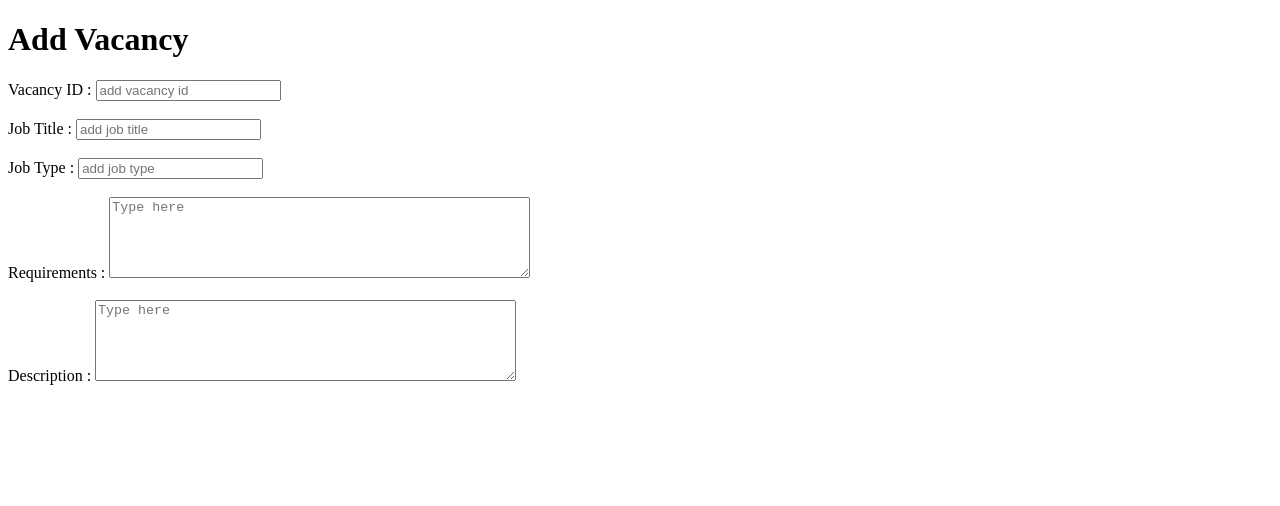
Repository: IT21221064/JobPortal
Page: http://localhost/signup/addVacancy.jsp
These files come from the project's save history. The page is drawn as it stood at one moment and after the next save; the edit follows.
The browser window is 1280 px wide. The pictures show the whole page.
The page is served by Tomcat 9.

Above is the page before, as saved 2023-07-14 17:14:14.

After the next save:
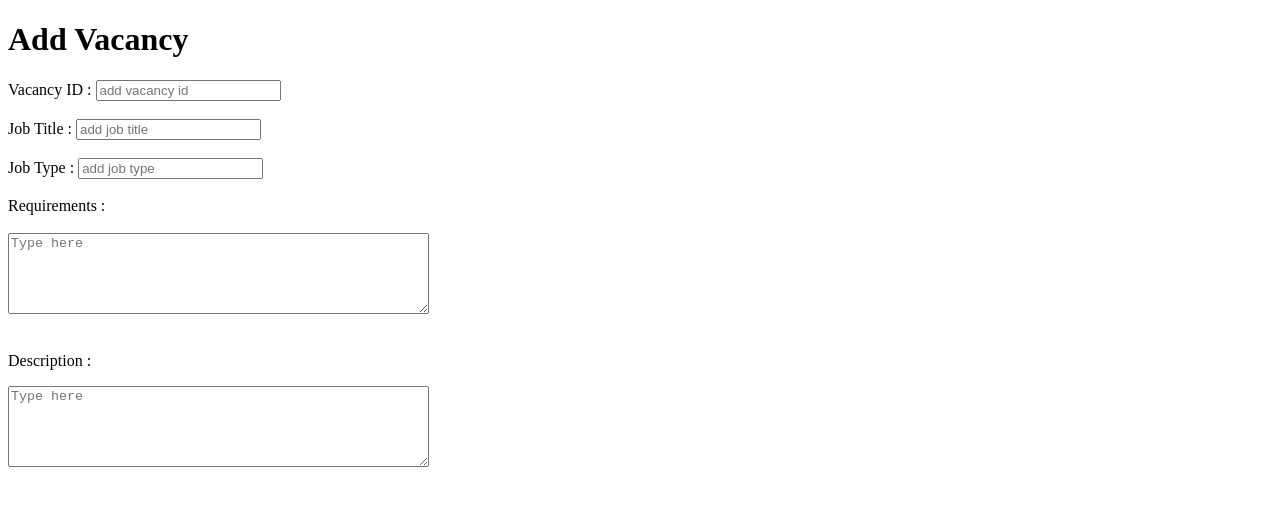
Saved 119 s later.
--- a/jobPortal/signup/src/main/webapp/addVacancy.jsp
+++ b/jobPortal/signup/src/main/webapp/addVacancy.jsp
@@ -14,9 +14,9 @@
 <input type="text" name="vtitle" id="vtitle" placeholder="add job title"><br><br>
 <label for="vtitle">Job Type : </label>
 <input type="text" name="vtitle" id="vtitle" placeholder="add job type"><br><br>
-<label for ="jobreqs">Requirements : </label>
+<label for ="jobreqs">Requirements : </label><br><br>
 <textarea id="jobreqs" name="jobreqs" rows="5" cols="50" placeholder="Type here"></textarea><br><br>
-<label for ="jobdesc">Description : </label>
+<p><label for ="jobdesc">Description : </label></p>
 <textarea id="jobdesc" name="jobdesc" rows="5" cols="50" placeholder="Type here"></textarea><br><br>
 
 
